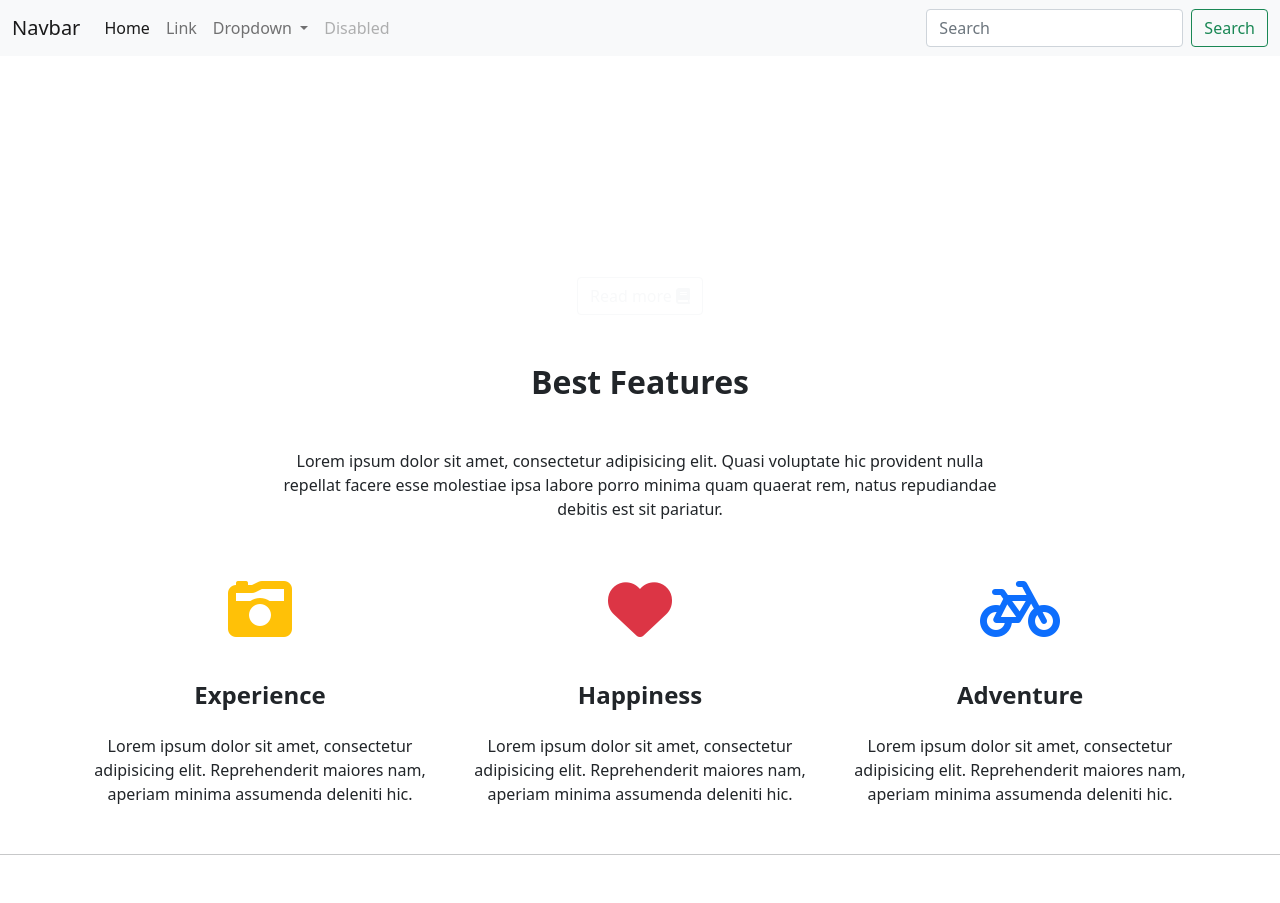
Repository: nptg3105/lab04-landing-page-boostrap5
Page: index.html
The author's editor kept a copy of each file at every save. The page is drawn from the files as they stood at one save, then again after the next save.
The browser window is 1280 px wide. The pictures show the whole page.

Above is the page before, as saved 2021-12-19 10:32:39.

After the next save:
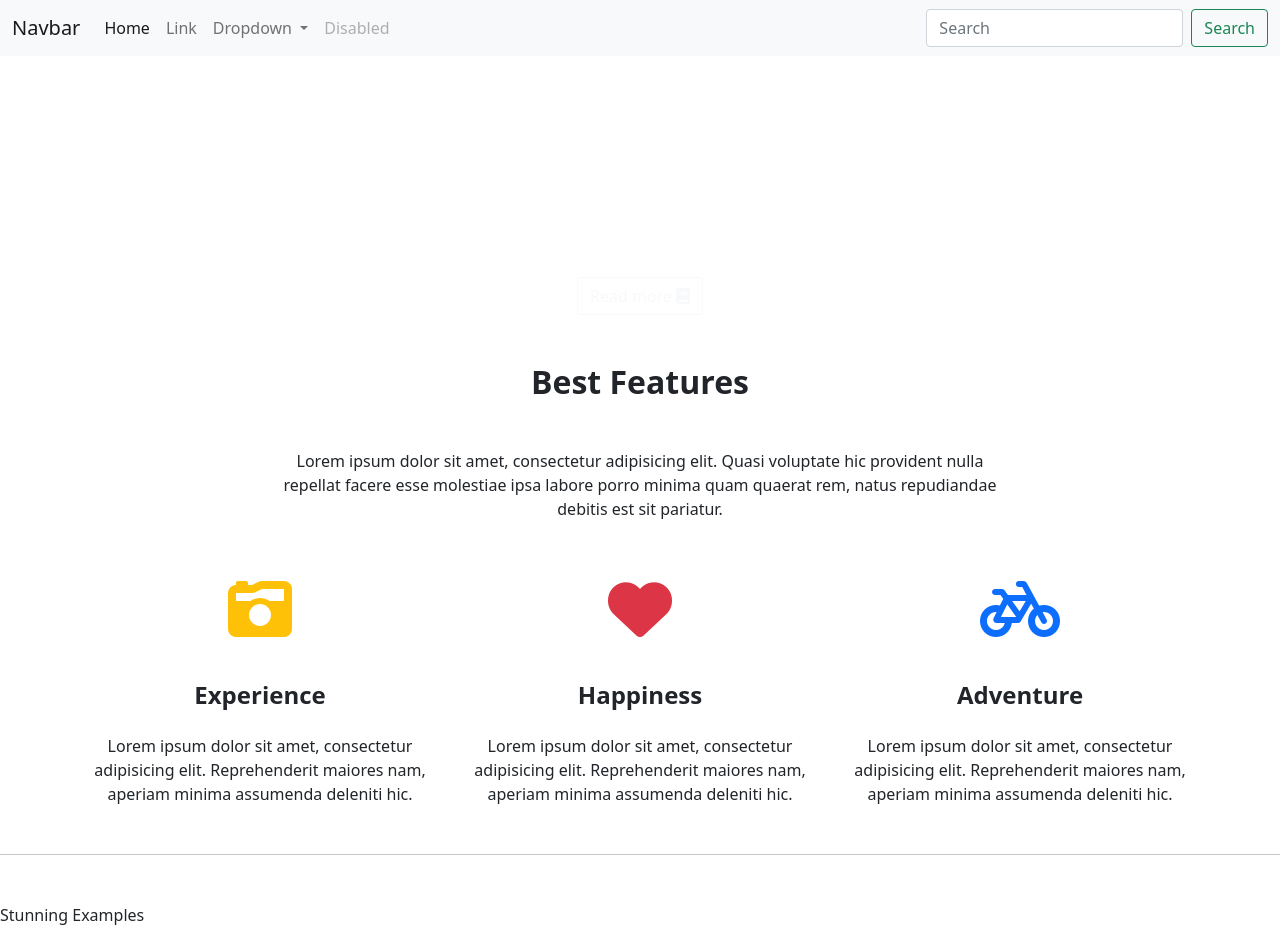
Saved 28 s later.
--- a/index.html
+++ b/index.html
@@ -116,7 +116,9 @@
 
       </div>
       <hr class="my-5">
-      <div class="stunning-examples"></div>
+      <div class="stunning">
+        <div class="stunning__heading">Stunning Examples</div>
+      </div>
     </header>
 
     </p>
